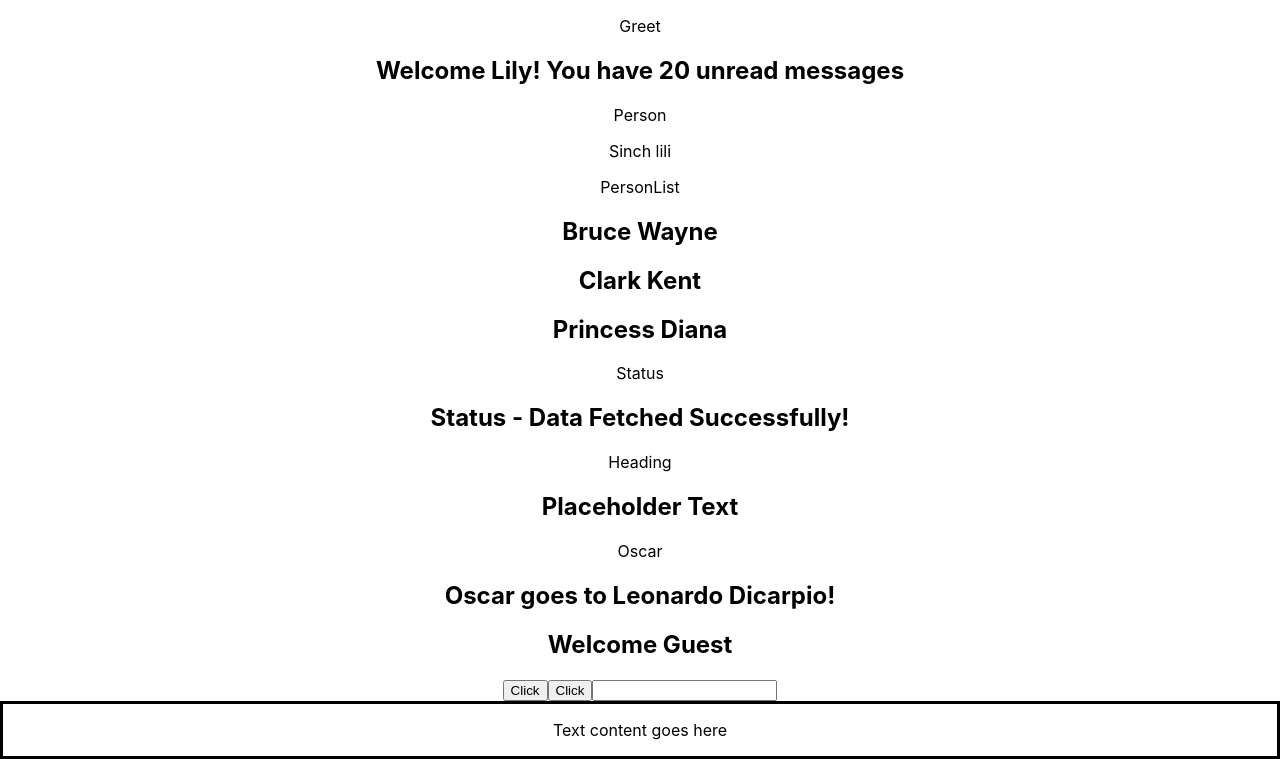
Repository: sinchana-P/react-typescript-demo
Page: /
These files come from the project's save history. The page is drawn as it stood at one moment and after the next save; the edit follows.
The browser window is 1280 px wide. The pictures show the whole page.
The project was rebuilt for these pictures with package versions that can differ from the ones it lists, and the page was loaded fresh each time.

Above is the page before, as saved 2023-12-03 13:50:35.

After the next save:
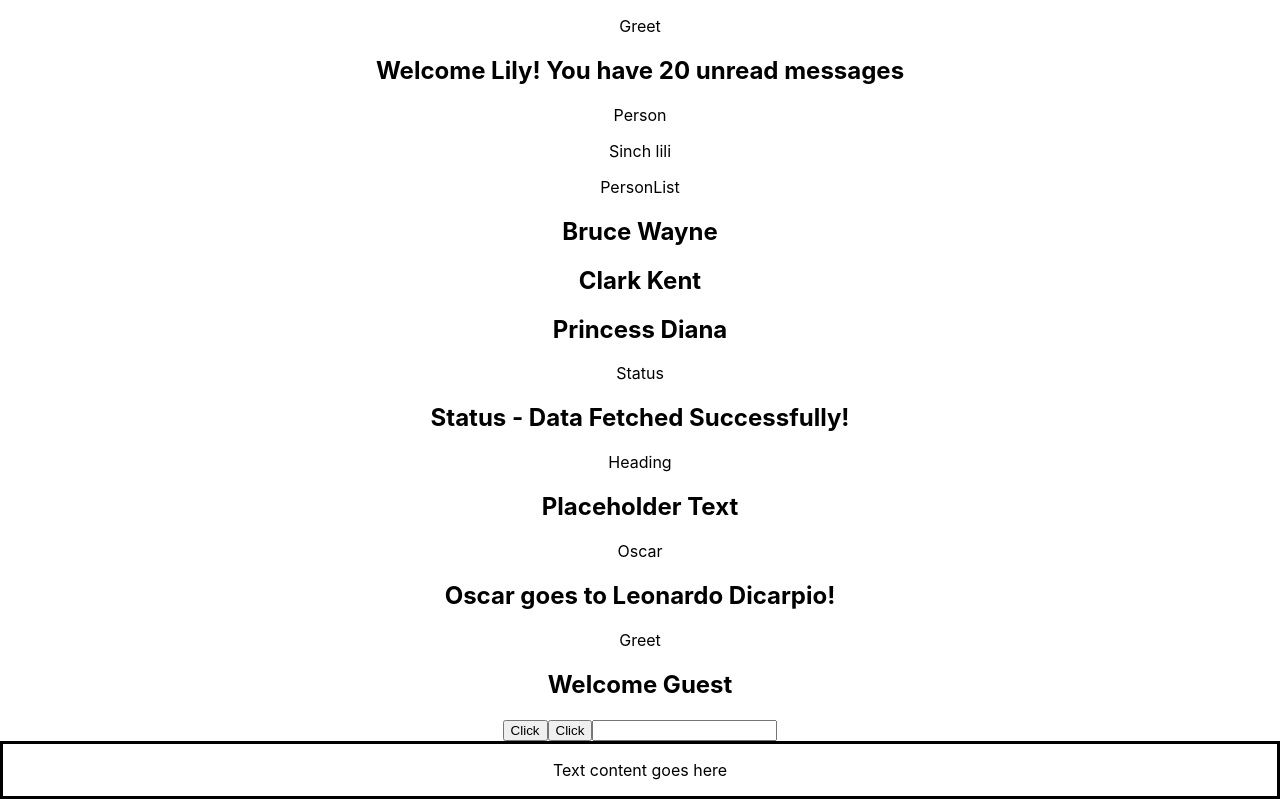
Saved 6 s later.
--- a/src/App.tsx
+++ b/src/App.tsx
@@ -54,6 +54,8 @@ function App() {
       <Oscar>
         <Heading>Oscar goes to Leonardo Dicarpio!</Heading>
       </Oscar>
+
+      <p>Greet</p>
       <Greet name="Lily" isLoggedIn={ false } />
       {/* 6. Event Props */}
       <Button handleClick={() => {
